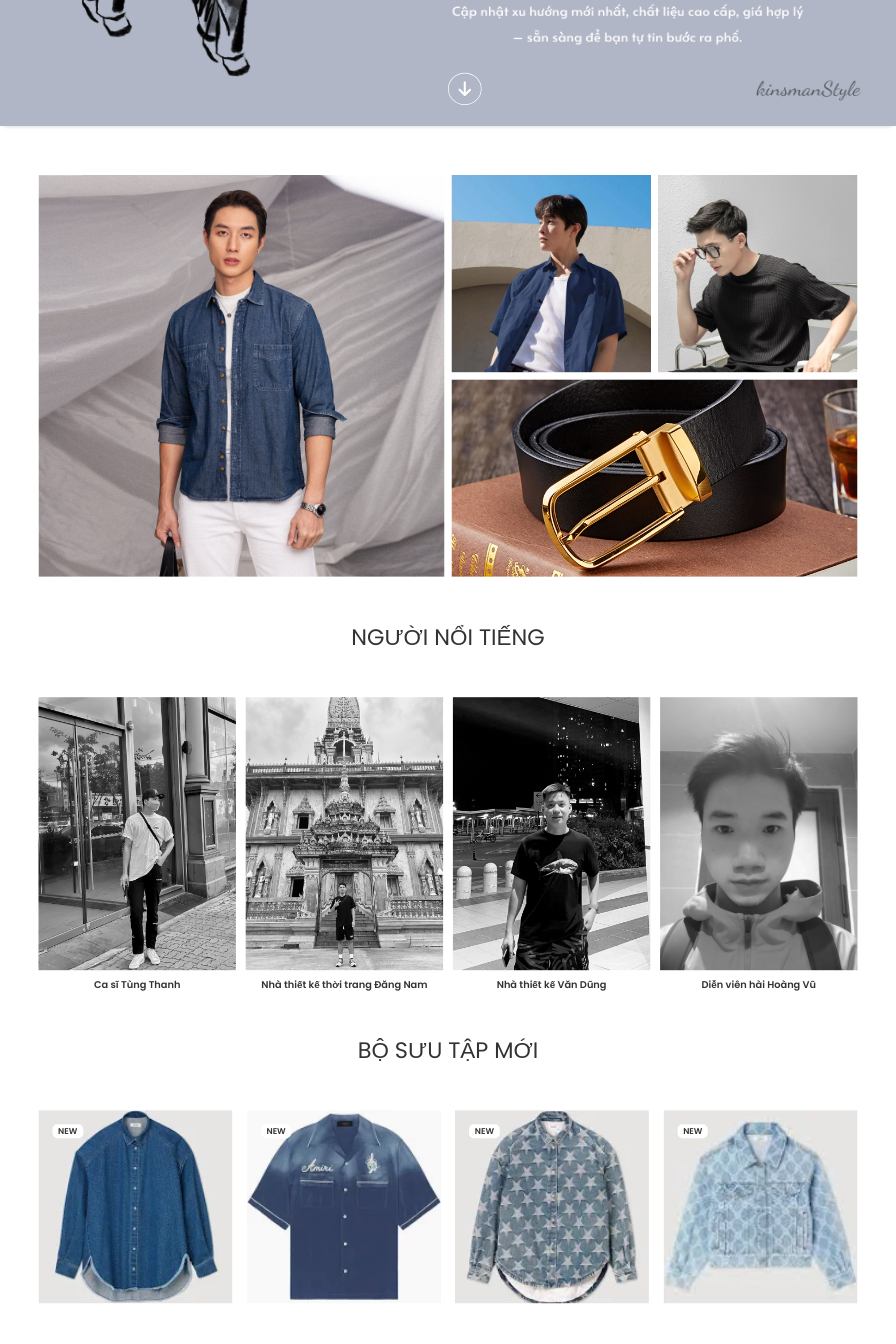
Repository: hoang28092000/kinsmanClothes
Page: index.html
An editor plug-in stored every save of this project. The page is shown before and after the next save, followed by the edit.
The browser window is 1280 px wide. The pictures show the part of the page from y = 530 to 2450 px (the page is 5080 px tall), at 70% of full size.

Above is the page before, as saved 2025-05-07 01:05:54.

After the next save:
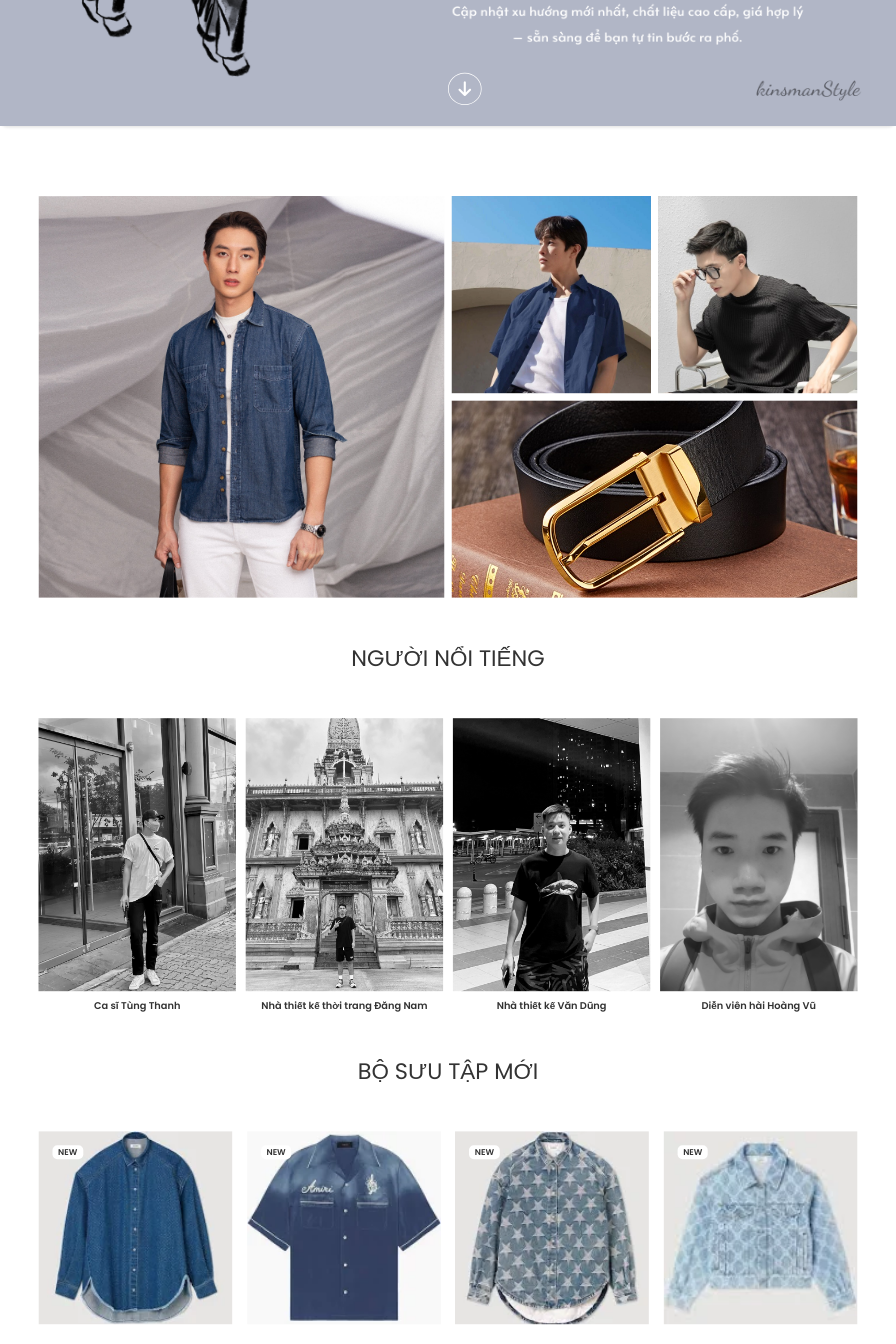
Saved 46 s later.
--- a/css/main.css
+++ b/css/main.css
@@ -136,7 +136,7 @@ header .logo img {
 }
 
 .category-list {
-  margin-top: 70px;
+  margin-top: 100px;
   display: grid;
   grid-template-columns: repeat(4, 1fr);
   grid-template-rows: repeat(2, 282px);
